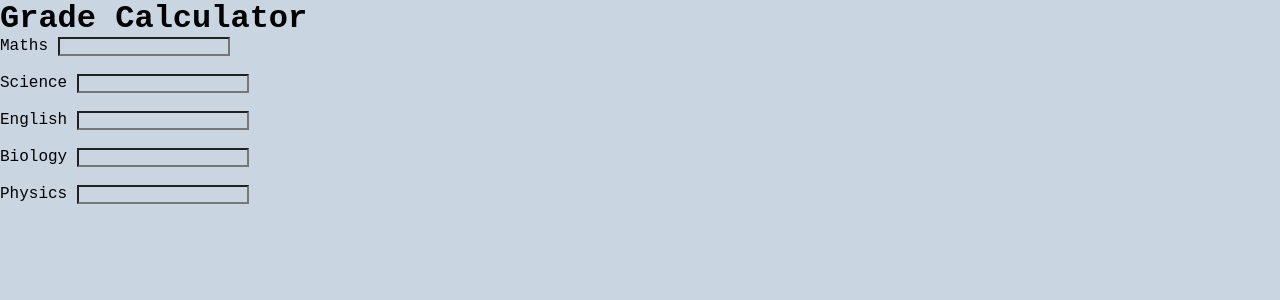
Repository: neelpatel6262/task-manager
Page: index.html
An editor plug-in stored every save of this project. The page is shown before and after the next save, followed by the edit.
The browser window is 1280 px wide. The pictures show the whole page.
Some web fonts or font styles are not loaded; a fallback is used.

Above is the page before, as saved 2025-07-17 15:54:50.

### index.html
<!DOCTYPE html>
<html lang="en">

<head>
  <meta charset="UTF-8">
  <meta name="viewport" content="width=device-width, initial-scale=1.0">
  <title>Javascript</title>
  <link rel="stylesheet" href="style.css">
  <script src="script.js"></script>
  <link rel="stylesheet" href="https://unicons.iconscout.com/release/v4.0.8/css/line.css">
  <link rel="preconnect" href="https://fonts.googleapis.com">
  <link rel="preconnect" href="https://fonts.gstatic.com" crossorigin>
  <link
    href="https://fonts.googleapis.com/css2?family=Asap:ital,wght@0,100..900;1,100..900&family=BioRhyme:wght@200..800&family=Bricolage+Grotesque:opsz,wght@12..96,200..800&family=DM+Sans:ital,opsz,wght@0,9..40,100..1000;1,9..40,100..1000&family=Inter:ital,opsz,wght@0,14..32,100..900;1,14..32,100..900&family=Italiana&family=Lora:ital,wght@0,400..700;1,400..700&family=Merriweather:ital,wght@0,300;0,400;0,700;0,900;1,300;1,400;1,700;1,900&family=Montserrat:ital,wght@0,100..900;1,100..900&family=Noto+Sans+Indic+Siyaq+Numbers&family=Noto+Sans+Old+Italic&family=Nunito:ital,wght@0,200..1000;1,200..1000&family=Pathway+Extreme:ital,opsz,wght@0,8..144,100..900;1,8..144,100..900&family=Poppins:ital,wght@0,100;0,200;0,300;0,400;0,500;0,600;0,700;0,800;0,900;1,100;1,200;1,300;1,400;1,500;1,600;1,700;1,800;1,900&family=Raleway:ital,wght@0,100..900;1,100..900&family=Space+Grotesk:wght@300..700&family=Spectral:ital,wght@0,200;0,300;0,400;0,500;0,600;0,700;0,800;1,200;1,300;1,400;1,500;1,600;1,700;1,800&family=Unbounded:wght@200..900&family=Work+Sans:ital,wght@0,100..900;1,100..900&family=Zilla+Slab:ital,wght@0,300;0,400;0,500;0,600;0,700;1,300;1,400;1,500;1,600;1,700&display=swap"
    rel="stylesheet">

</head>

<body>

  <h1>Grade Calculator</h1>

  <form action="" method="get">

    <label for="">Maths</label>
    <input type="number" name="" id="" maxlength="100" required>
    <br>
    <br>
    <label for="">Science</label>
    <input type="number" name="" id="" maxlength="100" required>
    <br>
    <br>
    <label for="">English</label>
    <input type="number" name="" id="" maxlength="100" required>
    <br>
    <br>
    <label for="">Biology</label>
    <input type="number" name="" id="" maxlength="100" required>
    <br>
    <br>
    <label for="">Physics</label>
    <input type="number" name="" id="" maxlength="100" required>
    <br>
    <br>
  </form>

</body>

</html>

### style.css
*{
  margin: 0;
  padding: 0;
  box-sizing: border-box;
 font-family: "DM Mono", monospace;
 background-color:oklch(0.869 0.022 252.894);
}

Loaded but not shown: script.js (no stored copy; drawn as an empty file)

After the next save:
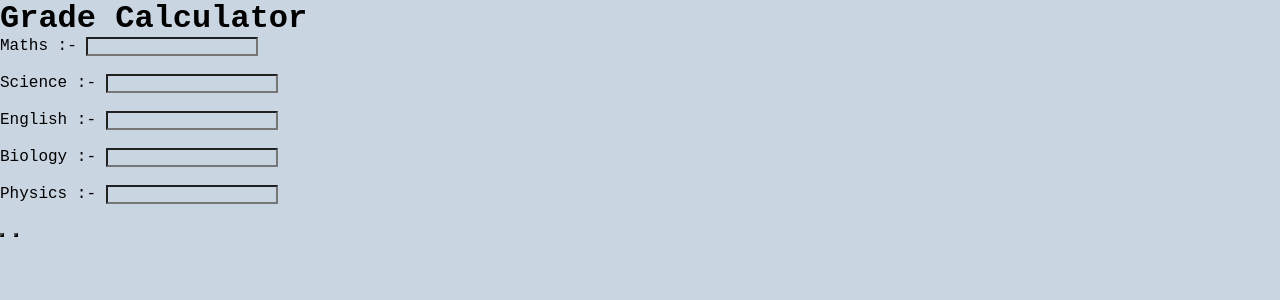
Saved 42 s later.
--- a/index.html
+++ b/index.html
@@ -22,26 +22,31 @@
 
   <form action="" method="get">
 
-    <label for="">Maths</label>
+    <label for="">Maths :-</label>
     <input type="number" name="" id="" maxlength="100" required>
     <br>
     <br>
-    <label for="">Science</label>
+    <label for="">Science :-</label>
     <input type="number" name="" id="" maxlength="100" required>
     <br>
     <br>
-    <label for="">English</label>
+    <label for="">English :-</label>
     <input type="number" name="" id="" maxlength="100" required>
     <br>
     <br>
-    <label for="">Biology</label>
+    <label for="">Biology :-</label>
     <input type="number" name="" id="" maxlength="100" required>
     <br>
     <br>
-    <label for="">Physics</label>
+    <label for="">Physics :-</label>
     <input type="number" name="" id="" maxlength="100" required>
     <br>
     <br>
+
+    <div class="cta">
+      <button type="submit"></button>
+      <button type="reset"></button>
+    </div>
   </form>
 
 </body>
